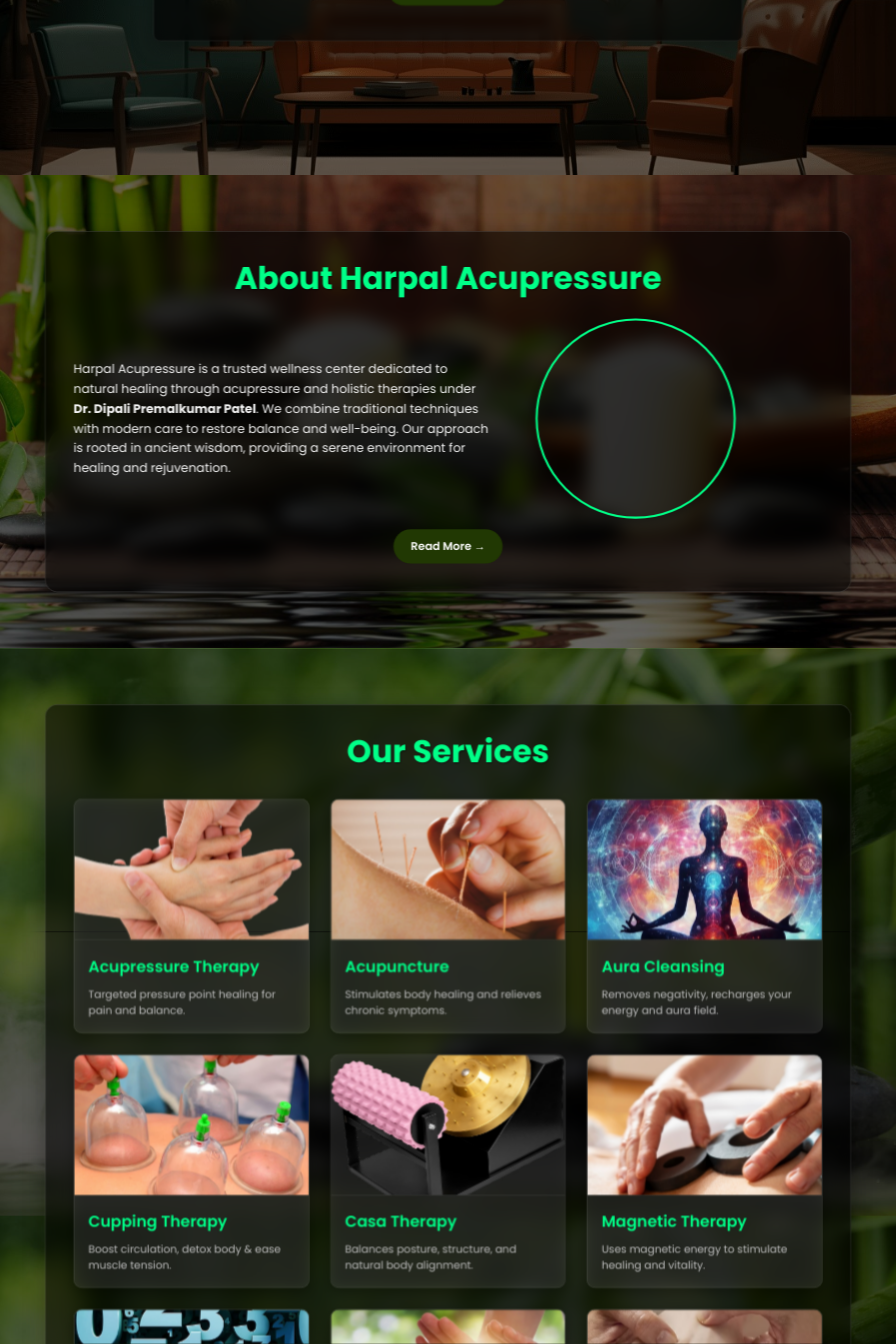
Repository: swasthiik/my-websites
Page: index.html
The author's editor kept a copy of each file at every save. The page is drawn from the files as they stood at one save, then again after the next save.
The browser window is 1280 px wide. The pictures show the part of the page from y = 550 to 2470 px (the page is 5437 px tall before and 5421 px after), at 70% of full size.
Backgrounds fixed to the window are drawn as part of the page.

Above is the page before, as saved 2025-10-31 13:01:50.

After the next save:
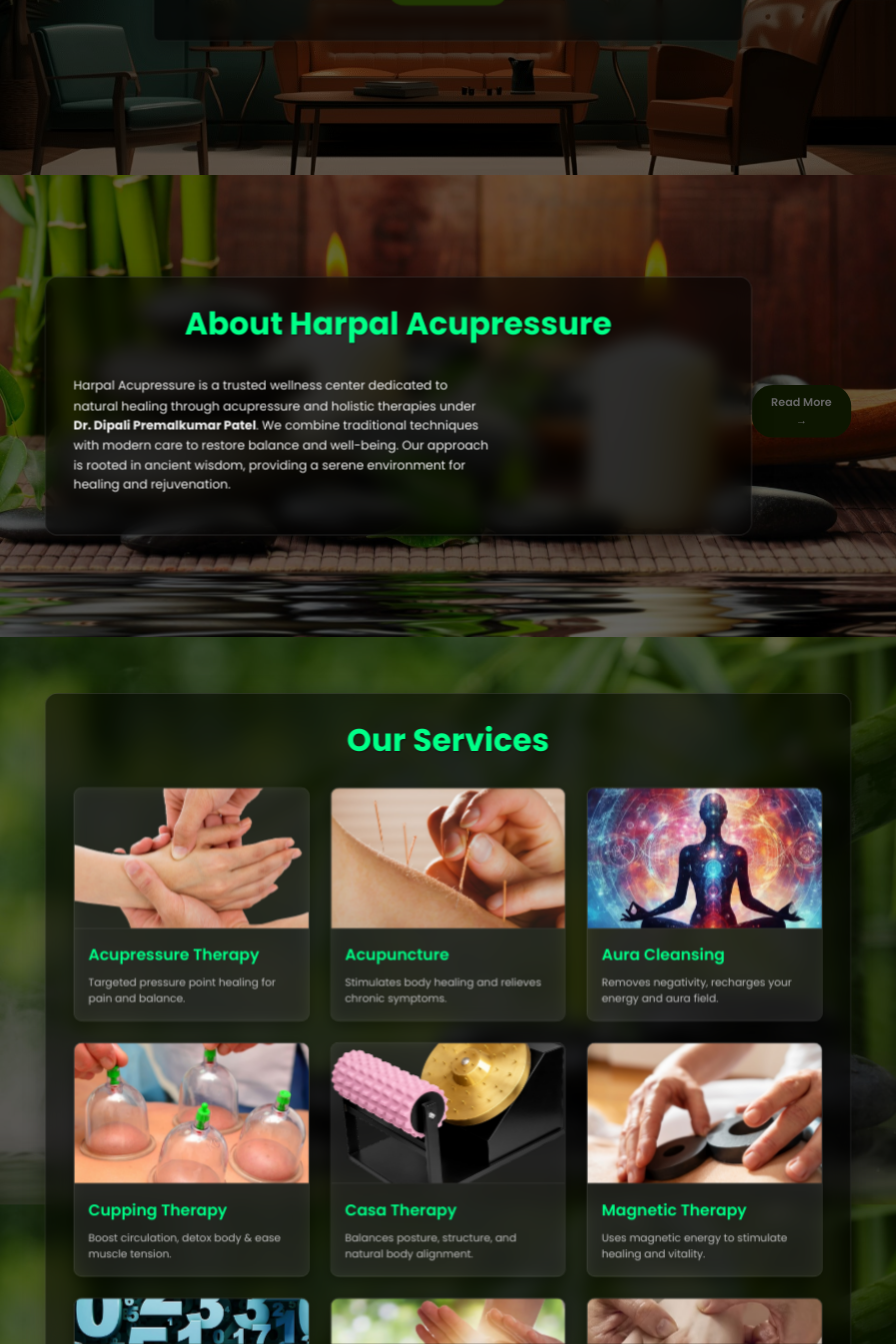
Saved 43 s later.
--- a/index.html
+++ b/index.html
@@ -62,7 +62,6 @@
           under <strong>Dr. Dipali Premalkumar Patel</strong>. We combine traditional techniques with modern care to restore balance
           and well-being. Our approach is rooted in ancient wisdom, providing a serene environment for healing and rejuvenation.
         </p>
-        <div class="about-image-wrapper">
         </div>
       </div>
       <!-- "Read More" button for About section -->
